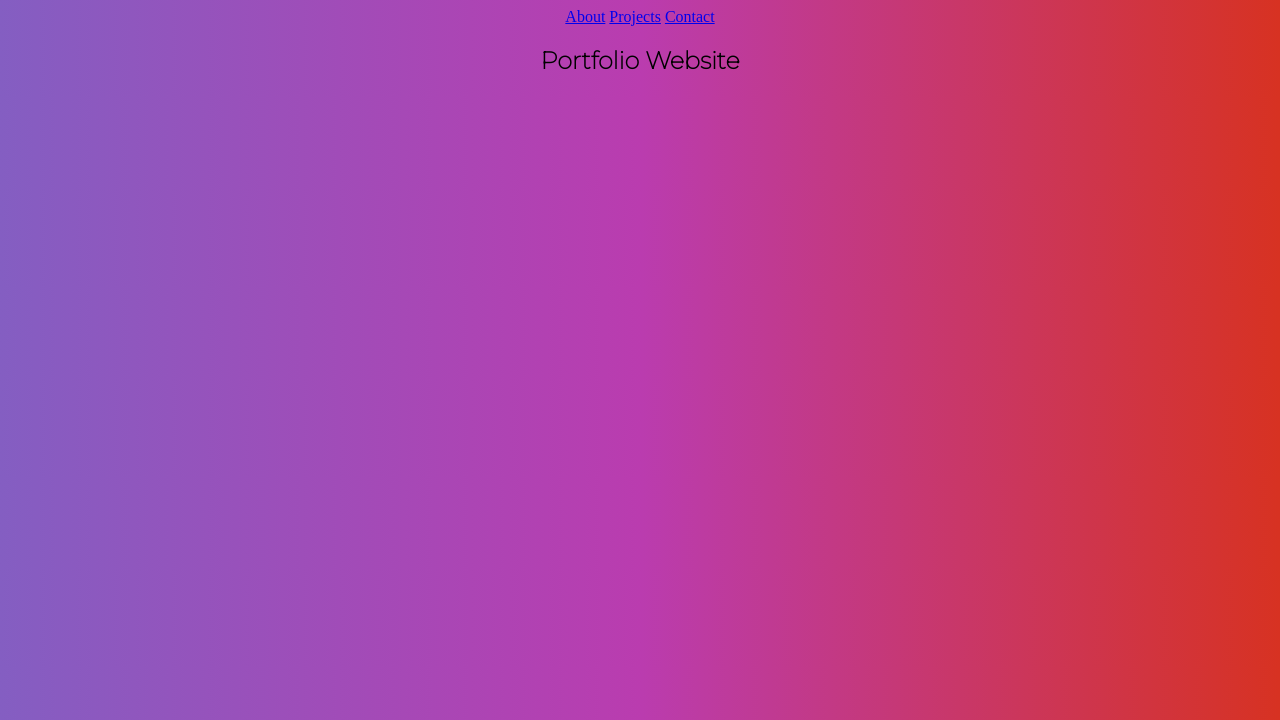
Repository: thecptwaffles/portfolio
Page: index.htm
These files come from the project's save history. The page is drawn as it stood at one moment and after the next save; the edit follows.
The browser window is 1280 px wide. The pictures show the whole page.

Above is the page before, as saved 2022-05-05 21:39:47.

### index.htm
<!DOCTYPE html>
<html lang="en">

<head>
    <meta charset="UTF-8">
    <meta http-equiv="X-UA-Compatible" content="IE=edge">
    <meta name="viewport" content="width=device-width, initial-scale=1.0">
    <link rel="shortcut icon" href="./content/Icon.png" type="image/x-icon">
    <link rel="stylesheet" href="style.css">
    <link rel="preconnect" href="https://fonts.googleapis.com">
    <link rel="preconnect" href="https://fonts.gstatic.com" crossorigin>
    <link href="https://fonts.googleapis.com/css2?family=Montserrat:wght@100&family=Quicksand:wght@300&display=swap"
        rel="stylesheet">
    <title>Portfolio Website</title>
    <script defer src="./index.js"></script>
</head>

<body>
    <!--make a navbar that links to an about page, contact page, projects page-->
    <nav>
        <div class="nav-container">
            <div class="nav-links">
                <a href="about.html">About</a>
                <a href="projects.html">Projects</a>
                <a href="contact.html">Contact</a>
            </div>
        </div>
        <h1>Portfolio Website</h1>
</body>

</html>

### style.css
@import url('https://fonts.googleapis.com/css2?family=Montserrat:wght@100&family=Source+Sans+Pro:wght@200&display=swap');

:root {
    --prim-clr: #845ec2;
    --sec-clr: #ba3caf;
    --accent-clr: #d73222;
    --prim-font: 'Montserrat', sans-serif;
    --sec-font: 'Source Sans Pro', sans-serif;
    --gradient-percent: 0%;
}




body {
    position: relative;
    text-align: center;
    background: linear-gradient(90deg, var(--prim-clr), var(--sec-clr), var(--accent-clr));
    color: black;
}




h1 {
    font-family: var(--prim-font);
    text-align: center;
}

p {
    font-family: var(--sec-font);
    text-align: center;
}

Loaded but not shown: index.js (no stored copy; drawn as an empty file)

After the next save:
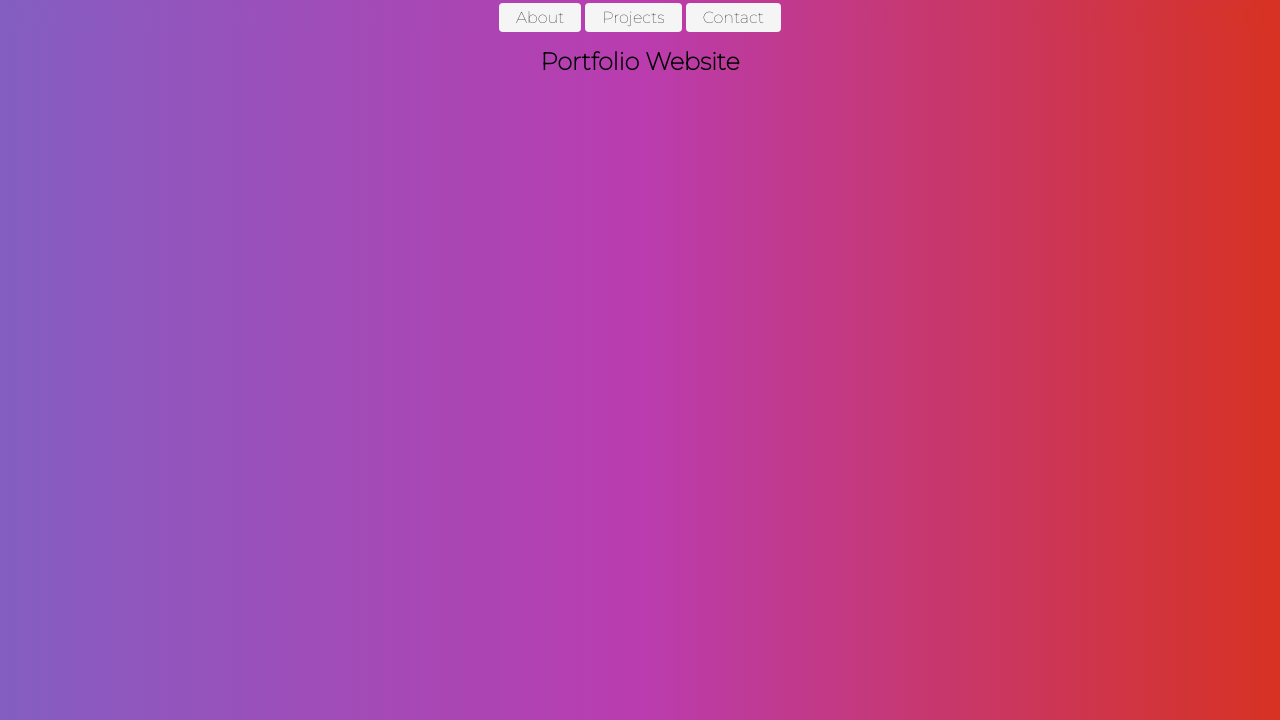
Saved 3 min 37 s later.
--- a/style.css
+++ b/style.css
@@ -31,3 +31,68 @@ p {
     font-family: var(--sec-font);
     text-align: center;
 }
+
+/* style the nav-container class and the links in them so it acts like a drop down menu*/
+.nav-container {
+    position: relative;
+    text-align: center;
+    background: linear-gradient(90deg, var(--prim-clr), var(--sec-clr), var(--accent-clr));
+    color: black;
+}
+
+.nav-container a {
+    font-family: var(--prim-font);
+    text-align: center;
+    padding: 0.25em 1em;
+    background: #f5f5f5;
+    color: black;
+    text-decoration: none;
+    border-radius: 0.25em;
+    transition: all 0.25s ease-in-out;
+    border: 1px solid transparent;
+}
+
+.nav-container a:hover {
+    background: #d5d5d5;
+    color: black;
+}
+
+.nav-container a.active {
+    background: #d5d5d5;
+    color: black;
+}
+
+.nav-container .dropdown {
+    position: absolute;
+    top: 2.5em;
+    left: 50%;
+    transform: translateX(-50%);
+    text-align: center;
+    background: #f5f5f5;
+    color: black;
+    text-decoration: none;
+    border-radius: 0.25em;
+    transition: all 0.25s ease-in-out;
+    border: 1px solid transparent;
+}
+
+.nav-container .dropdown a {
+    font-family: var(--prim-font);
+    text-align: center;
+    padding: 0.25em 1em;
+    background: #f5f5f5;
+    color: black;
+    text-decoration: none;
+    border-radius: 0.25em;
+    transition: all 0.25s ease-in-out;
+    border: 1px solid transparent;
+}
+
+.nav-container .dropdown a:hover {
+    background: #d5d5d5;
+    color: black;
+}
+
+.nav-container .dropdown a.active {
+    background: #d5
+}
